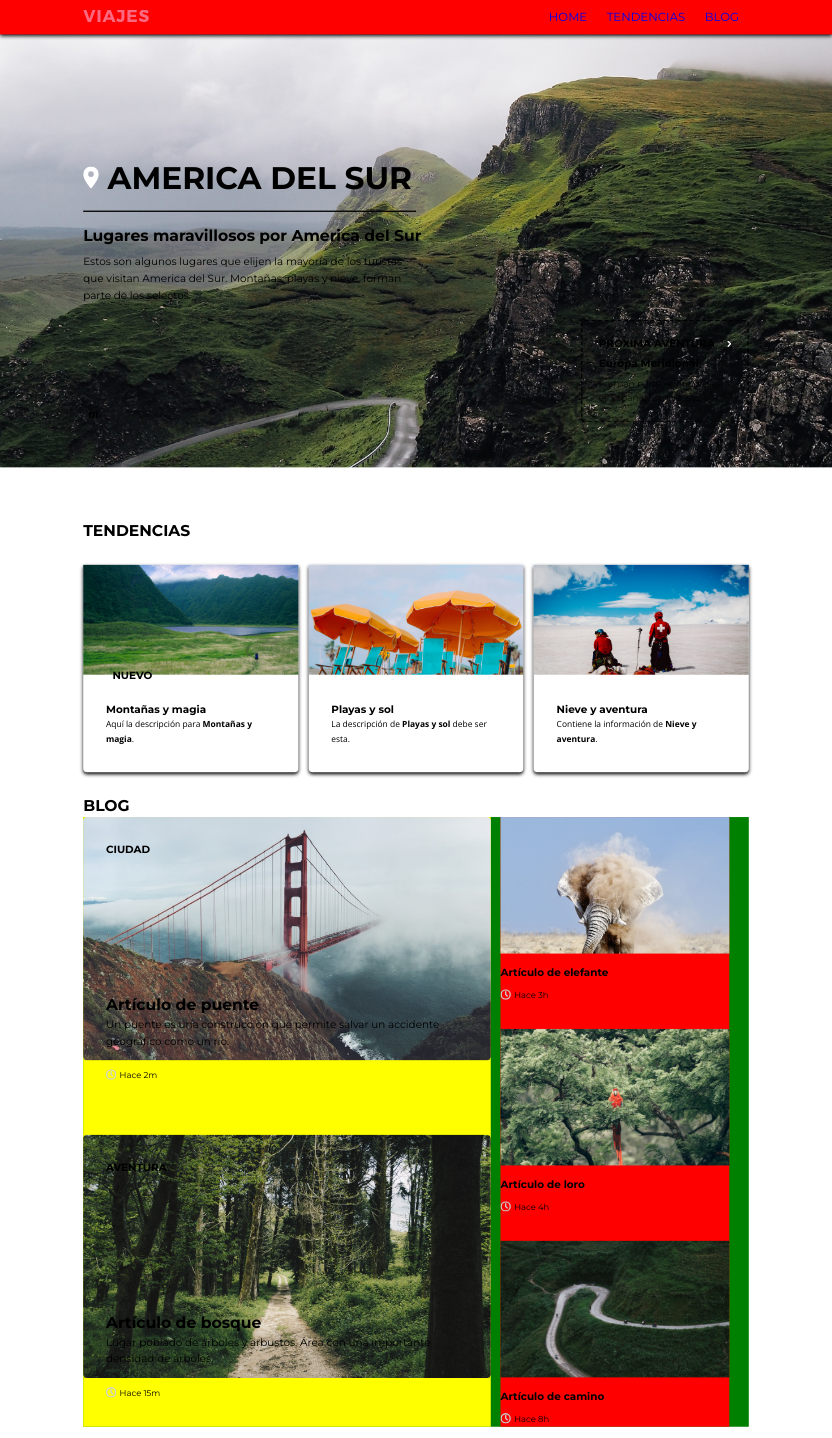
Repository: agustin-mesa/viajes
Page: /
These files come from the project's save history. The page is drawn as it stood at one moment and after the next save; the edit follows.
The browser window is 1280 px wide. The pictures show the whole page, at 65% of full size.
The project was rebuilt for these pictures with package versions that can differ from the ones it lists, and the page was loaded fresh each time. Also part of the build but not shown: src/components/styles/colors.module.scss.

Above is the page before, as saved 2021-11-12 13:15:37.

After the next save:
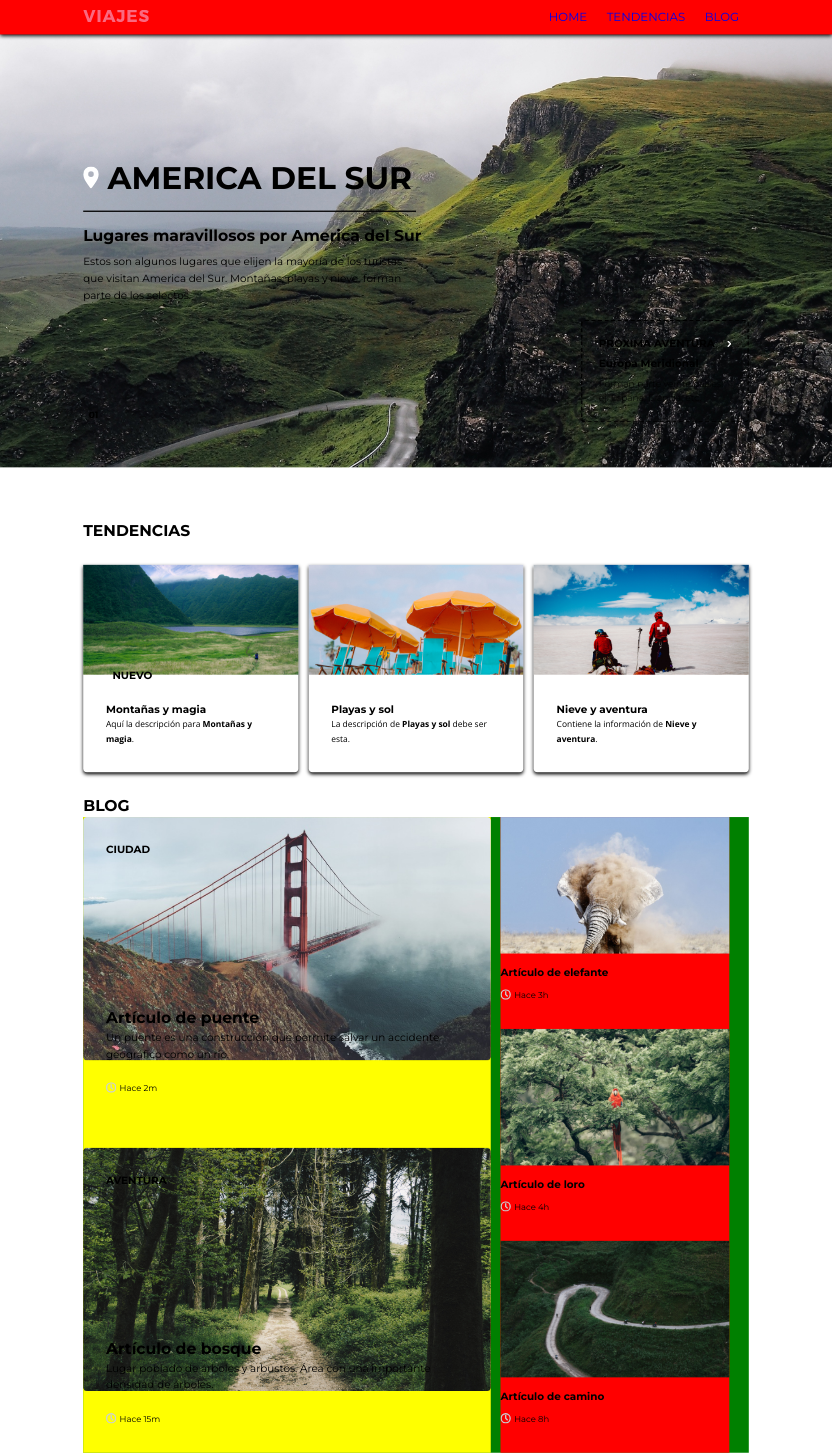
Saved 48 s later.
--- a/src/components/SmallNewItem.js
+++ b/src/components/SmallNewItem.js
@@ -19,7 +19,7 @@ const SmallNewItem = ({ src, titulo, time }) => {
   );
 };
 
-const NewItemSmall = styled.div`
+const NewItemSmall = styled.article`
   display: flex;
   align-items: start;
   justify-content: center;
